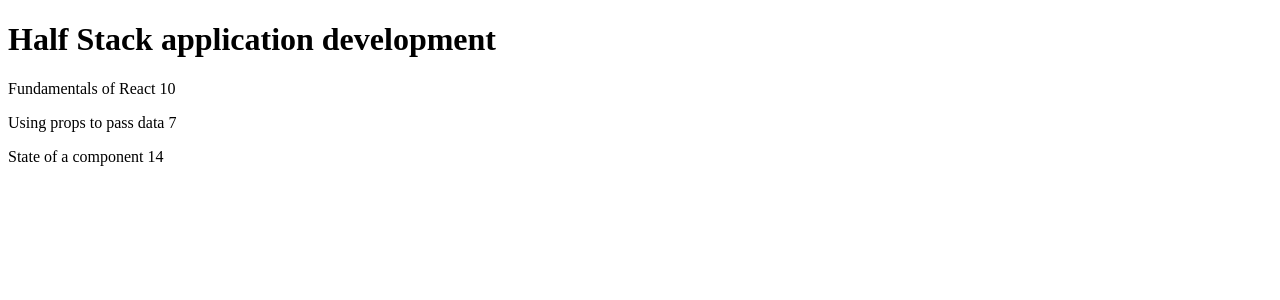
Repository: VadimZubchenko/fullstack-open-tehtavat
Page: / (app in osa1/1.1/step1/)
The author's editor kept a copy of each file at every save. The page is drawn from the files as they stood at one save, then again after a run of saves.
The browser window is 1280 px wide. The pictures show the whole page.
The project was rebuilt for these pictures with package versions that can differ from the ones it lists, and the page was loaded fresh each time. Also part of the build but not shown: osa1/1.1/step1/vite.config.js.

Above is the page before, as saved 2024-06-24 23:02:00.

### osa1/1.1/step1/src/App.jsx
import Header from "./components/Header";
import Content from "./components/Content";
import Total from "./components/Total";

const App = () => {
  const course = "Half Stack application development";
  const part1 = "Fundamentals of React";
  const exercises1 = 10;
  const part2 = "Using props to pass data";
  const exercises2 = 7;
  const part3 = "State of a component";
  const exercises3 = 14;

  return (
    <div>
      <Header course={course} />
      <Content
        part1={part1}
        exercises1={exercises1}
        part2={part2}
        exercises2={exercises2}
        part3={part3}
        exercises3={exercises3}
      />
      <Total
        exercises1={exercises1}
        exercises2={exercises2}
        exercises3={exercises3}
      />
    </div>
  );
};

export default App;

### osa1/1.1/step1/src/components/Header.jsx
const Header = (props) => {
  return <h1>{props.course}</h1>;
};

export default Header;

### osa1/1.1/step1/src/components/Content.jsx
const Content = (props) => {
  return (
    <div>
      <p>
        {props.part1} {props.exercises1}
      </p>
      <p>
        {props.part2} {props.exercises2}
      </p>
      <p>
        {props.part3} {props.exercises3}
      </p>
    </div>
  );
};

export default Content;

### osa1/1.1/step1/src/components/Total.jsx
const Total = (props) => {
  return;
  <>
    <p>
      Number of exercises{" "}
      {props.exercises1 + props.exercises2 + props.exercises3}
    </p>
  </>;
};

export default Total;

Loaded but not shown: osa1/1.1/step1/index.html (common file); osa1/1.1/step1/src/main.jsx (common file)

After the next 2 saves:
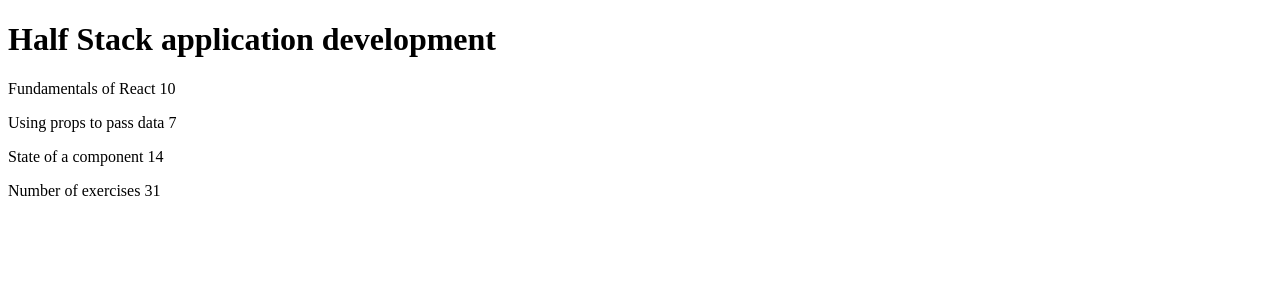
The 2 saves are shown as one change because 1 did not build or start.
The last was saved 28 s later.
--- a/osa1/1.1/step1/src/components/Total.jsx
+++ b/osa1/1.1/step1/src/components/Total.jsx
@@ -1,11 +1,12 @@
 const Total = (props) => {
-  return;
-  <>
-    <p>
-      Number of exercises{" "}
-      {props.exercises1 + props.exercises2 + props.exercises3}
-    </p>
-  </>;
+  return (
+    <>
+      <p>
+        Number of exercises{" "}
+        {props.exercises1 + props.exercises2 + props.exercises3}
+      </p>
+    </>
+  );
 };
 
 export default Total;
